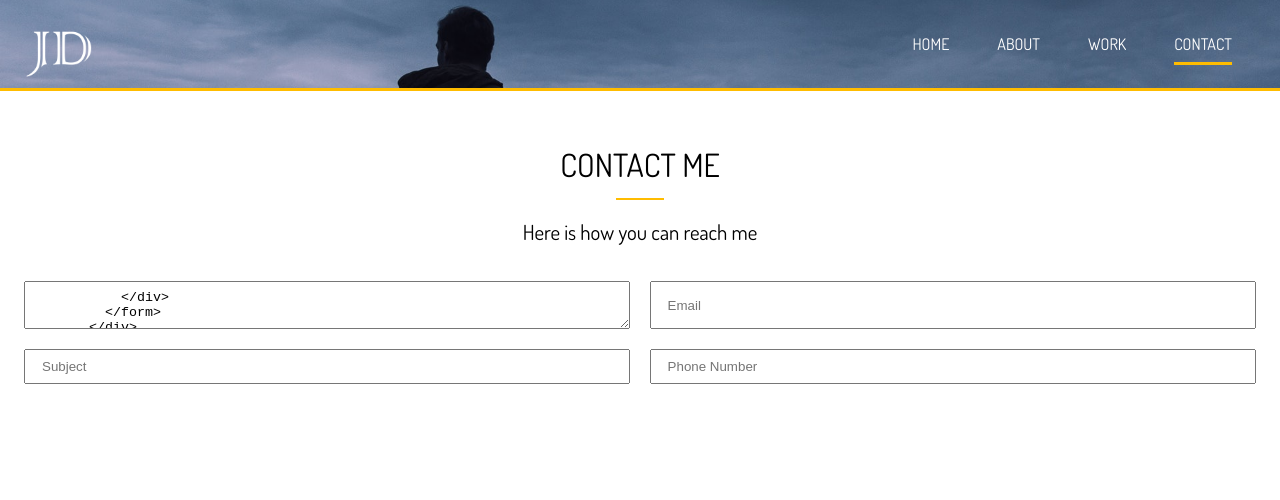
Repository: minhtien9/Portfolio_Website
Page: diet/contact.html
The author's editor kept a copy of each file at every save. The page is drawn from the files as they stood at one save, then again after the next save.
The browser window is 1280 px wide. The pictures show the whole page.

Above is the page before, as saved 2021-08-29 19:45:07.

After the next save:
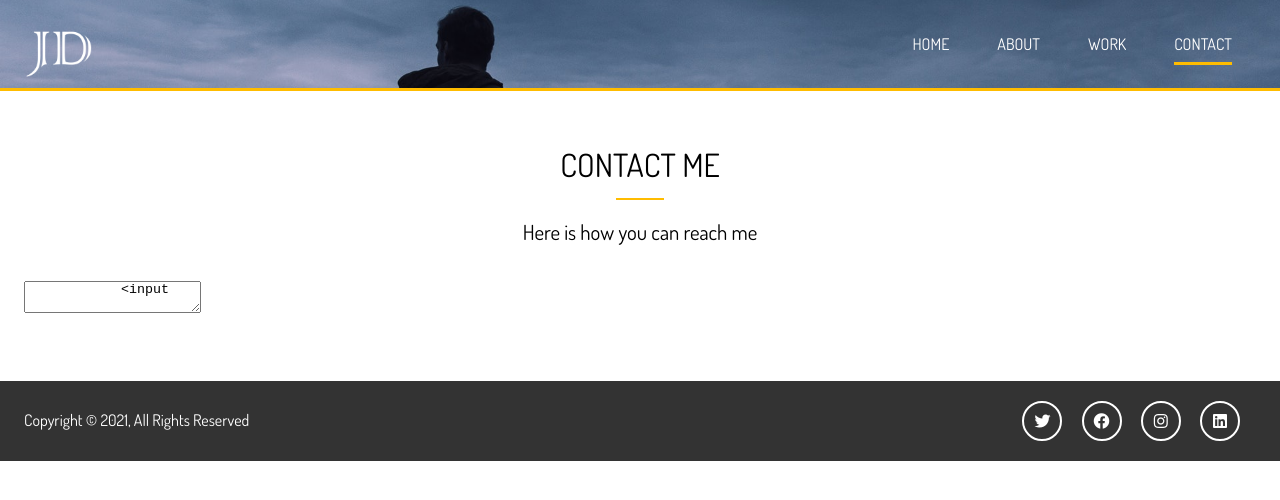
Saved 17 s later.
--- a/diet/contact.html
+++ b/diet/contact.html
@@ -41,7 +41,7 @@
         <div class="bottom-line"></div>
         <p class="lead">Here is how you can reach me</p>
         <form>
-          <div class="text-fields">
+          <textarea class="text-fields">
             <input
               type="text"
               class="text-input name-input"
@@ -62,7 +62,7 @@
               class="text-input phone-input"
               placeholder="Phone Number"
             />
-            <textarea class="text-input name-input" placeholder="Name" />
+            <textarea class="text-input name-input" placeholder="Name" ></textarea>
           </div>
         </form>
       </div>
